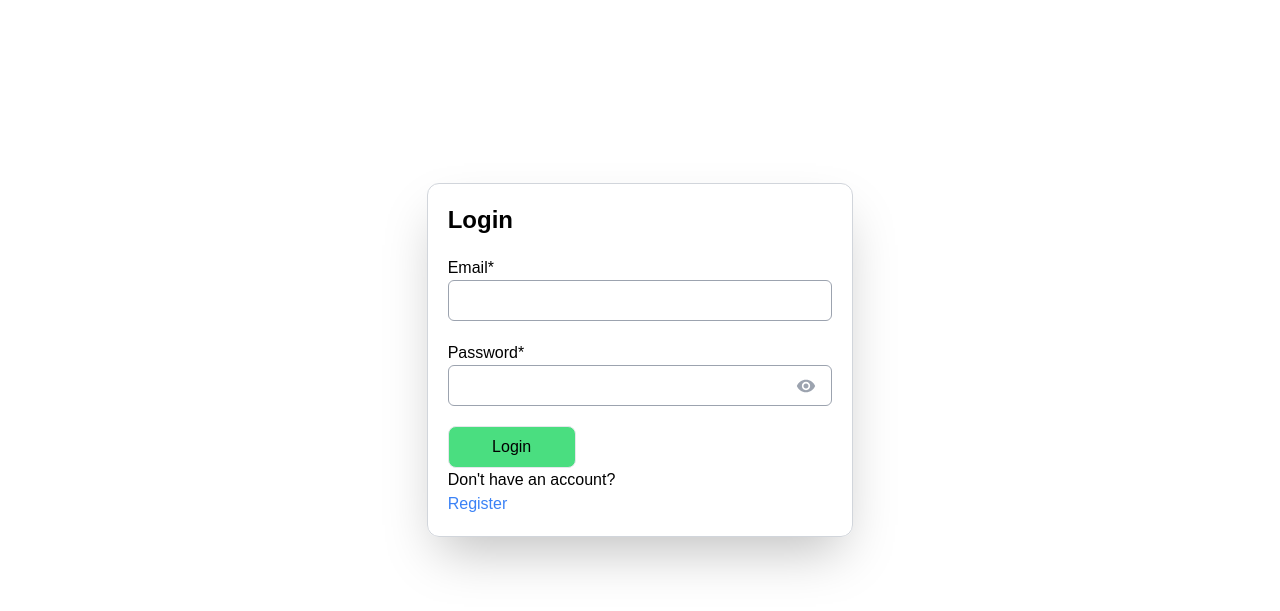
Repository: Qu4ntumGuy/support-ai
Page: /auth (app in frontend/)
The author's editor kept a copy of each file at every save. The page is drawn from the files as they stood at one save, then again after the next save.
The browser window is 1280 px wide. The pictures show the whole page.
The project was rebuilt for these pictures with package versions that can differ from the ones it lists, and the page was loaded fresh each time.

Above is the page before, as saved 2024-07-13 21:24:05.

After the next save:
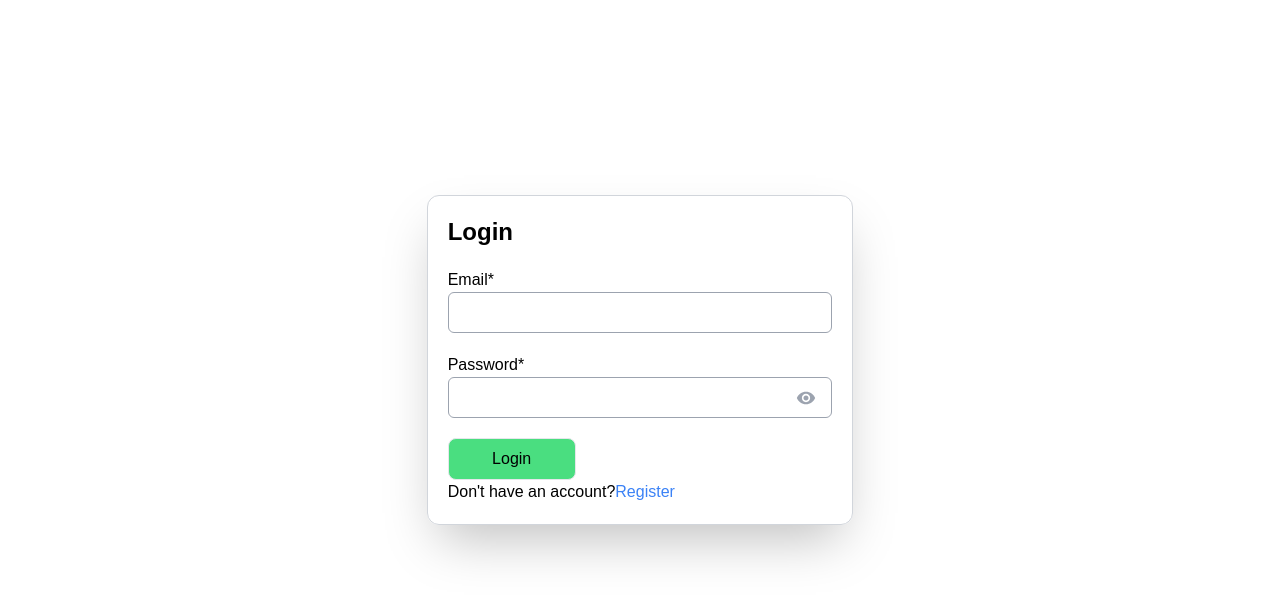
Saved 11 s later.
--- a/frontend/src/Pages/Auth/Auth.js
+++ b/frontend/src/Pages/Auth/Auth.js
@@ -68,7 +68,7 @@ function Auth() {
               {loading ? "Loading..." : "Login"}
             </button>
           </form>
-          <div>
+          <div className="flex">
             <div>Don&apos;t have an account?</div>
             <Link to="/auth/register" className="text-blue-500">
               Register
